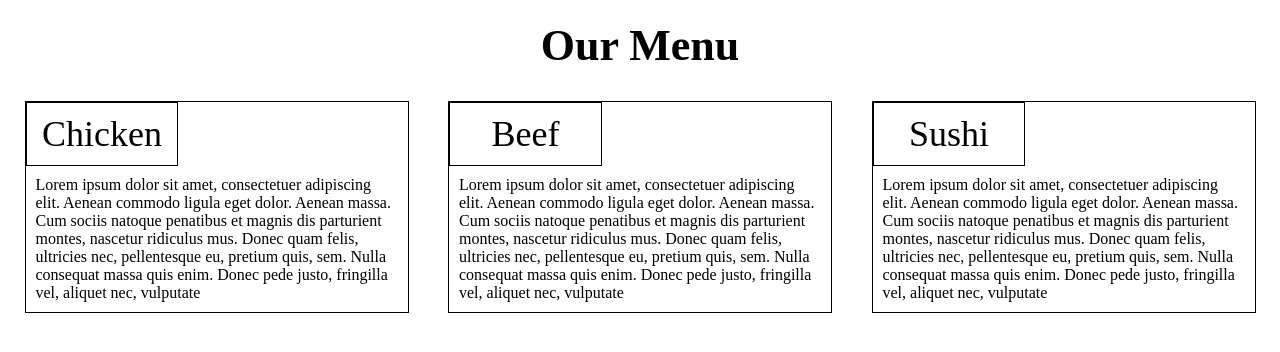
Repository: Normandy72/module2-solution
Page: index.html
An editor plug-in stored every save of this project. The page is shown before and after the next save, followed by the edit.
The browser window is 1280 px wide. The pictures show the whole page.
Some web fonts or font styles are not loaded; a fallback is used.

Above is the page before, as saved 2022-12-05 15:07:38.

After the next save:
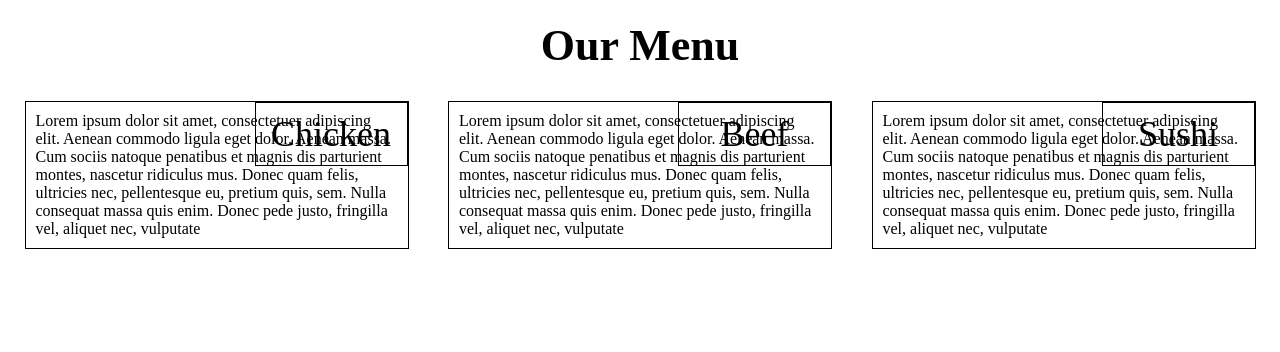
Saved 27 s later.
--- a/styles/style.css
+++ b/styles/style.css
@@ -33,6 +33,9 @@ h1{
     padding: 10px;
     text-align: center;
     width: 40%;
+    position: absolute;
+    top: 0;
+    right: 0;
 }
 
 .card__text{
